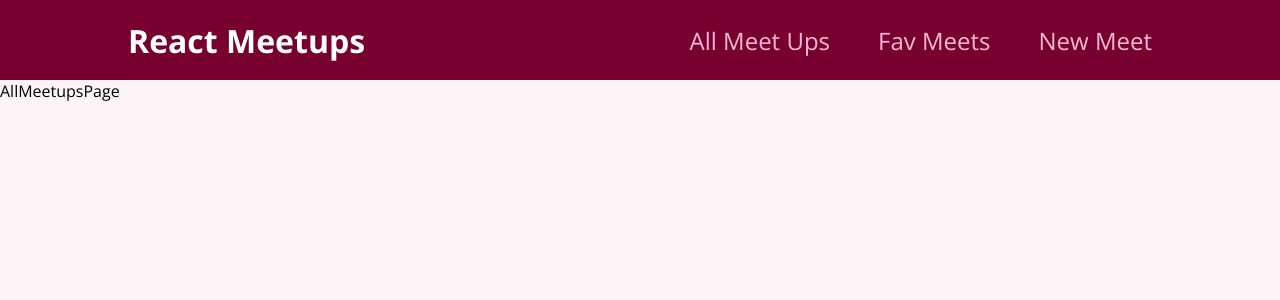
Repository: portretrieve/react-meetup-app
Page: /
These files come from the project's save history. The page is drawn as it stood at one moment and after the next save; the edit follows.
The browser window is 1280 px wide. The pictures show the whole page.
The project was rebuilt for these pictures with package versions that can differ from the ones it lists, and the page was loaded fresh each time. A package was used in the major version that the imports need, not the one package.json lists. Also part of the build but not shown: src/pages/Favourites.js, src/pages/NewMeetup.js.

Above is the page before, as saved 2021-08-17 18:22:37.

### src/App.js
import { Route, Switch } from "react-router-dom";

import AllMeetupsPage from "./pages/AllMeetups";
import FavouritesPage from "./pages/Favourites";
import NewMeetupPage from "./pages/NewMeetup";
import MainNavigation from "./components/layout/MainNavigation";

function App() {
  return (
    <div>
      <MainNavigation></MainNavigation>
      <Switch>
        <Route path="/" exact>
          <AllMeetupsPage />
        </Route>
        <Route path="/fav">
          <FavouritesPage />
        </Route>
        <Route path="/meet">
          <NewMeetupPage />
        </Route>
      </Switch>
    </div>
  );
}

export default App;

### src/pages/AllMeetups.js
const DUMMY_DATA = [
  {
    id: "m1",
    title: "This is a first meetup",
    image:
      "https://upload.wikimedia.org/wikipedia/commons/thumb/d/d3/Stadtbild_M%C3%BCnchen.jpg/2560px-Stadtbild_M%C3%BCnchen.jpg",
    address: "Meetupstreet 5, 12345 Meetup City",
    description:
      "This is a first, amazing meetup which you definitely should not miss. It will be a lot of fun!"
  },
  {
    id: "m2",
    title: "This is a second meetup",
    image:
      "https://upload.wikimedia.org/wikipedia/commons/thumb/d/d3/Stadtbild_M%C3%BCnchen.jpg/2560px-Stadtbild_M%C3%BCnchen.jpg",
    address: "Meetupstreet 5, 12345 Meetup City",
    description:
      "This is a first, amazing meetup which you definitely should not miss. It will be a lot of fun!"
  }
];

function AllMeetupsPage() {
  return <section>AllMeetupsPage</section>;
}

export default AllMeetupsPage;

### src/components/layout/MainNavigation.js
import { Link } from "react-router-dom";
import classes from "./MainNavigation.module.css";

function MainNavigation() {
  return (
    <header className={classes.header}>
      <div className={classes.logo}>React Meetups</div>
      <nav>
        <ul>
          <li>
            <Link to="/">All Meet Ups</Link>
          </li>
          <li>
            <Link to="/fav">Fav Meets</Link>
          </li>
          <li>
            <Link to="/meet">New Meet</Link>
          </li>
        </ul>
      </nav>
    </header>
  );
}

export default MainNavigation;

Loaded but not shown: public/index.html (common file); src/index.js (common file); src/index.css (common file); src/components/layout/MainNavigation.module.css (common file)

After the next save:
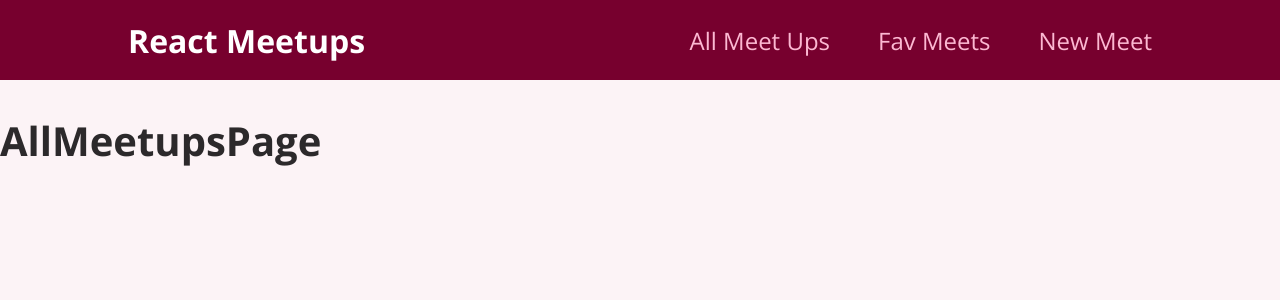
Saved 78 s later.
--- a/src/pages/AllMeetups.js
+++ b/src/pages/AllMeetups.js
@@ -20,7 +20,11 @@ const DUMMY_DATA = [
 ];
 
 function AllMeetupsPage() {
-  return <section>AllMeetupsPage</section>;
+  return (
+    <section>
+      <h1>AllMeetupsPage</h1>
+    </section>
+  );
 }
 
 export default AllMeetupsPage;
